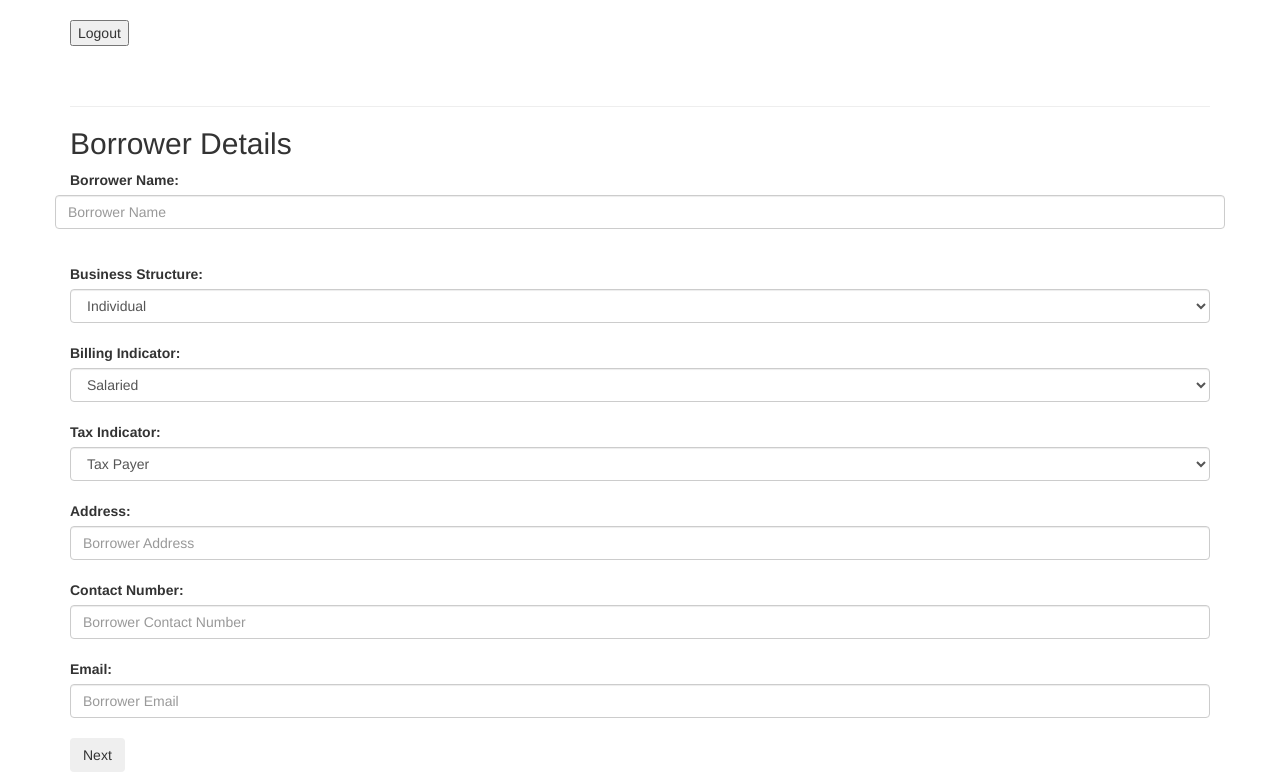
Repository: Bayvao/E-Loan-Project
Page: http://localhost/E-Loan-Project/WEB-INF/views/borrower-details-form.jsp
The author's editor kept a copy of each file at every save. The page is drawn from the files as they stood at one save, then again after the next save.
The browser window is 1280 px wide. The pictures show the whole page.
The page is served by Tomcat 9. Nobody is signed in. The template is opened directly, without the code that normally fills it, so the values that code supplies are empty.

Above is the page before, as saved 2020-07-20 12:37:45.

After the next save:
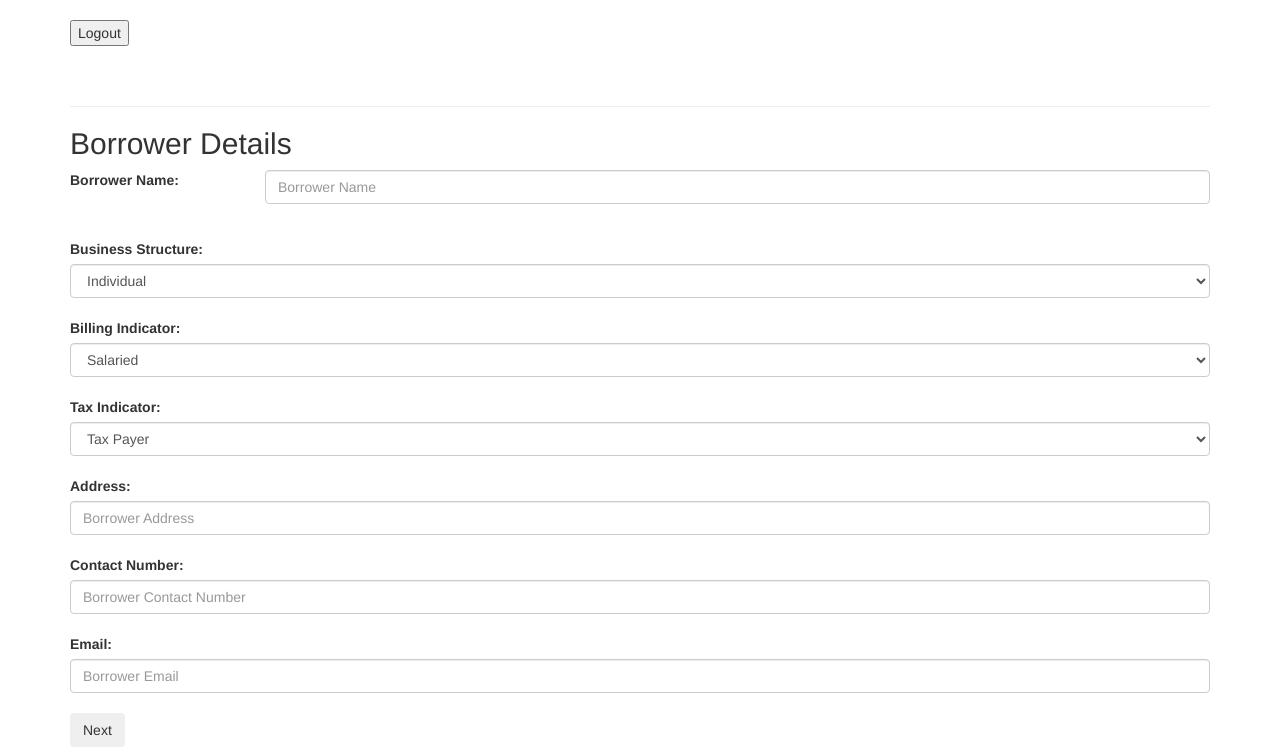
Saved 16 s later.
--- a/E-Loan-Project/src/main/webapp/WEB-INF/views/borrower-details-form.jsp
+++ b/E-Loan-Project/src/main/webapp/WEB-INF/views/borrower-details-form.jsp
@@ -53,10 +53,11 @@
 
 			<div  class="form-group row">
 				<label class="col-sm-2 col-form-label">Borrower Name: </label>
-
+				<div class="col-sm-10">
 				<form:input path="bName" placeholder="Borrower Name"
 					class="form-control" />
 				<form:errors path="bName" cssClass="error" />
+				</div>
 			</div>
 			<br>
 			<div>
